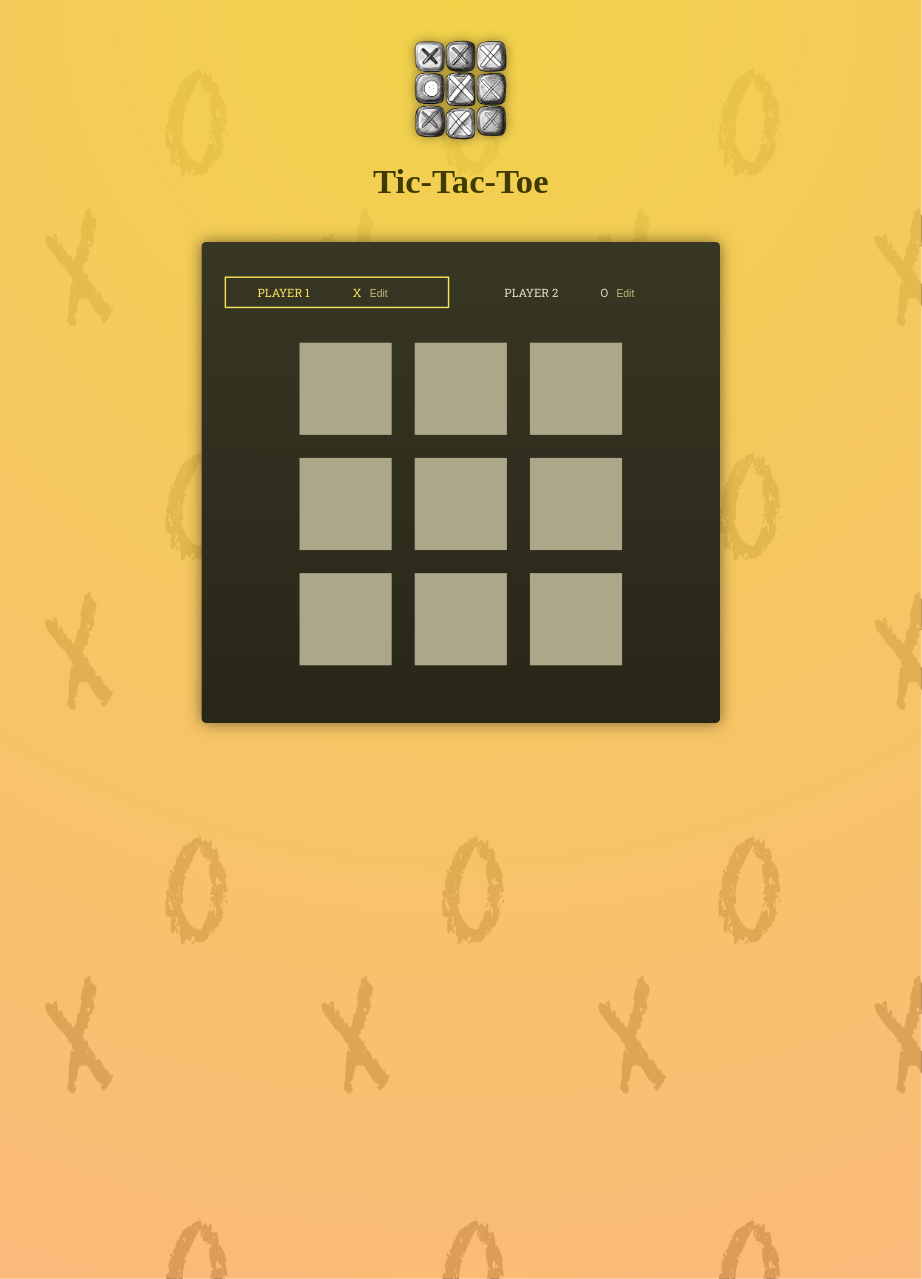
Repository: nithilprasathk/tic-tac-toe
Page: /
The author's editor kept a copy of each file at every save. The page is drawn from the files as they stood at one save, then again after the next save.
The browser window is 1280 px wide. The pictures show the whole page, at 72% of full size.
Some web fonts or font styles are not loaded; a fallback is used. The project was rebuilt for these pictures with package versions that can differ from the ones it lists, and the page was loaded fresh each time. Also part of the build but not shown: vite.config.js.

Above is the page before, as saved 2024-02-02 20:05:39.

### index.html
<!DOCTYPE html>
<html lang="en">
  <head>
    <meta charset="UTF-8" />
    <link rel="icon" type="image/svg+xml" href="/game-logo.png" />
    <meta name="viewport" content="width=device-width, initial-scale=1.0" />
    <title>React Tic-Tac-Toe</title>
  </head>
  <body>
    <header>
      <img src="game-logo.png" alt="Tic tac toe game board">
      <h1>Tic-Tac-Toe</h1>
    </header>
    <div id="root"></div>
    <script type="module" src="/src/index.jsx"></script>
  </body>
</html>

### src/App.jsx
import { useState } from "react";
import Player from "./components/Player";
import GameBoard from "./components/GameBoard";
function App() {
  const [activePlayer,setActivePlayer] = useState('X');
  function selectActivePlayer(){
    setActivePlayer((currentPlayer)=> currentPlayer==='X' ? 'O':'X');
  }
  return (
    <main>
      <div id="game-container">
        <ol id="players" className="highlight-player">
          <Player intialName="Player 1" symbol="X" isActive={activePlayer==='X'}/>
          <Player intialName="Player 2" symbol="O" />

        </ol>
        <GameBoard onSelectSquare={selectActivePlayer}/>
      </div>
    </main>
  );
}

export default App;

### src/components/Player.jsx
import { useState } from "react";
export default function Player({ intialName, symbol,isActive }) {
  const [playerName,setName] = useState(intialName);
  const [isEditing, setEditing] = useState(false);
  function handleEdit() {
    setEditing((editing)=>!editing);
  }
  function handleChange(event){
    setName(event.target.value);
  }
  let editablePlayerName = <span className="player-name">{playerName}</span>;
  if (isEditing) editablePlayerName = <input type="text" required value={playerName} onChange={handleChange}></input>;
  return (
    <li className={isActive ? "active" : undefined}>
      <span className="players">
        {editablePlayerName}
        <span className="player-symbol">{symbol}</span>
      </span>
      <button onClick={handleEdit}>{isEditing ? "Save" : "Edit"}</button>
    </li>
  );
}

### src/components/GameBoard.jsx
import { useState } from "react";

const initialGameBoard = [
  [null, null, null],
  [null, null, null],
  [null, null, null],
];
export default function GameBoard({onSelectSquare}) {
  const [gameBoard, setGameBoard] = useState(initialGameBoard);
  function handleSelect(rowIndex, colIndex) {
    setGameBoard((preGameBoard) => {
      const updateBoard = [...preGameBoard].map((innerArray) => [
        ...innerArray,
      ]);

      updateBoard[rowIndex][colIndex] = "X";
      return updateBoard;
    });
    onSelectSquare();
  }
  return (
    <ol id="game-board">
      {gameBoard.map((row, rowIndex) => (
        <li key={rowIndex}>
          <ol>
            {row.map((playerSymbol, colIndex) => (
              <li key={colIndex}>
                <button onClick={() => handleSelect(rowIndex, colIndex)}>
                  {playerSymbol}
                </button>
              </li>
            ))}
          </ol>
        </li>
      ))}
    </ol>
  );
}

Loaded but not shown: src/index.jsx (common file); src/index.css (common file)

After the next save:
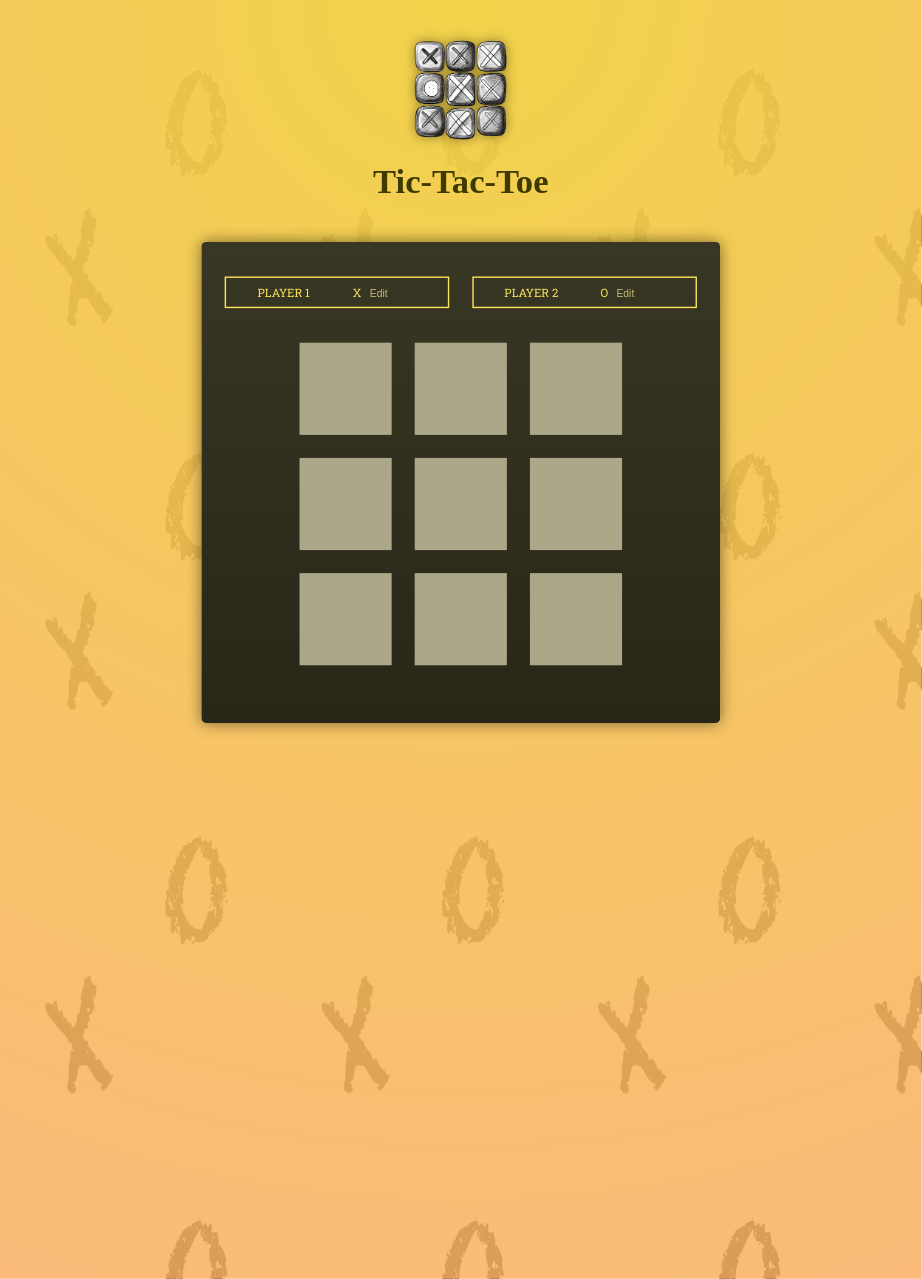
Saved 8 s later.
--- a/src/App.jsx
+++ b/src/App.jsx
@@ -11,7 +11,7 @@
       <div id="game-container">
         <ol id="players" className="highlight-player">
           <Player intialName="Player 1" symbol="X" isActive={activePlayer==='X'}/>
-          <Player intialName="Player 2" symbol="O" />
+          <Player intialName="Player 2" symbol="O" isActive={activePlayer==='X'}/>
 
         </ol>
         <GameBoard onSelectSquare={selectActivePlayer}/>

After the save that followed:
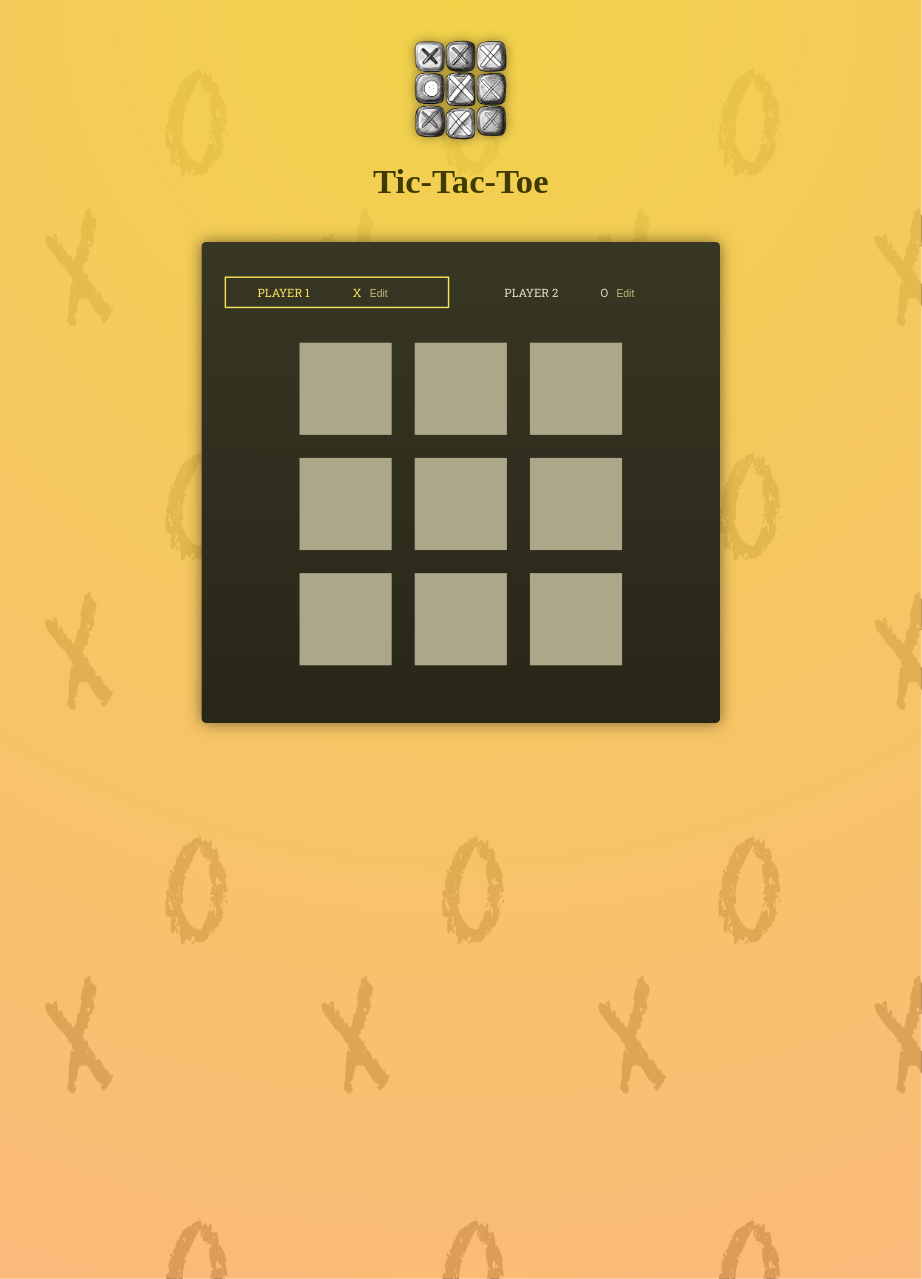
Saved 56 s later.
--- a/src/App.jsx
+++ b/src/App.jsx
@@ -11,7 +11,7 @@
       <div id="game-container">
         <ol id="players" className="highlight-player">
           <Player intialName="Player 1" symbol="X" isActive={activePlayer==='X'}/>
-          <Player intialName="Player 2" symbol="O" isActive={activePlayer==='X'}/>
+          <Player intialName="Player 2" symbol="O" isActive={activePlayer==='O'}/>
 
         </ol>
         <GameBoard onSelectSquare={selectActivePlayer}/>
